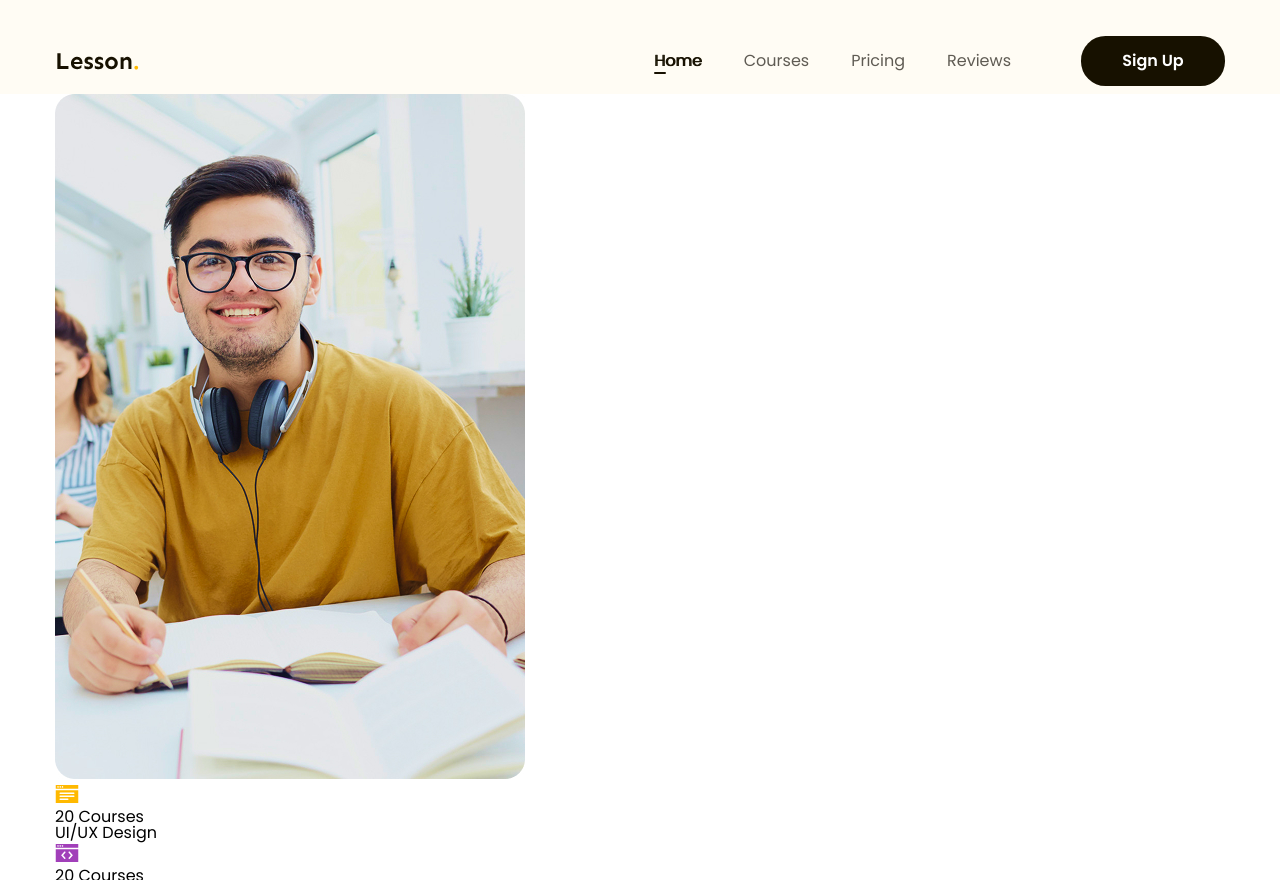
Repository: vancong171001/f8-html-css-02
Page: index.html
These files come from the project's save history. The page is drawn as it stood at one moment and after the next save; the edit follows.
The browser window is 1280 px wide. The pictures show the part of the page from y = 0 to 880 px (the page is 5000 px tall).
A picture or video elsewhere on the page could not be fetched, so the positions and the page height are approximate.

Above is the page before, as saved 2025-03-06 13:25:16.

After the next save:
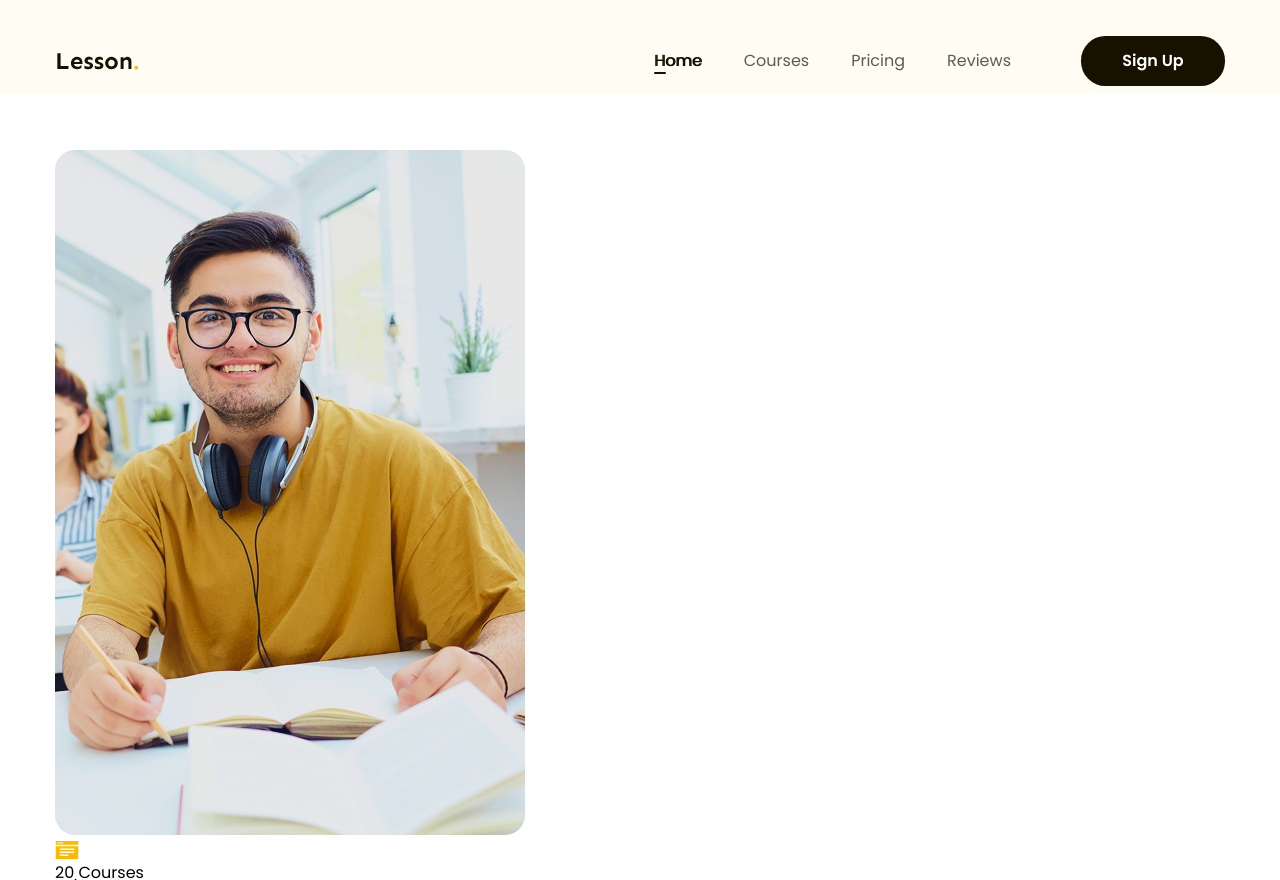
Saved 10 s later.
--- a/assets/css/style.css
+++ b/assets/css/style.css
@@ -96,5 +96,6 @@
 
 /* ========== Hero ========= */
 .hero {
-
+  padding-top: 56px;
+  background: ;
 }
